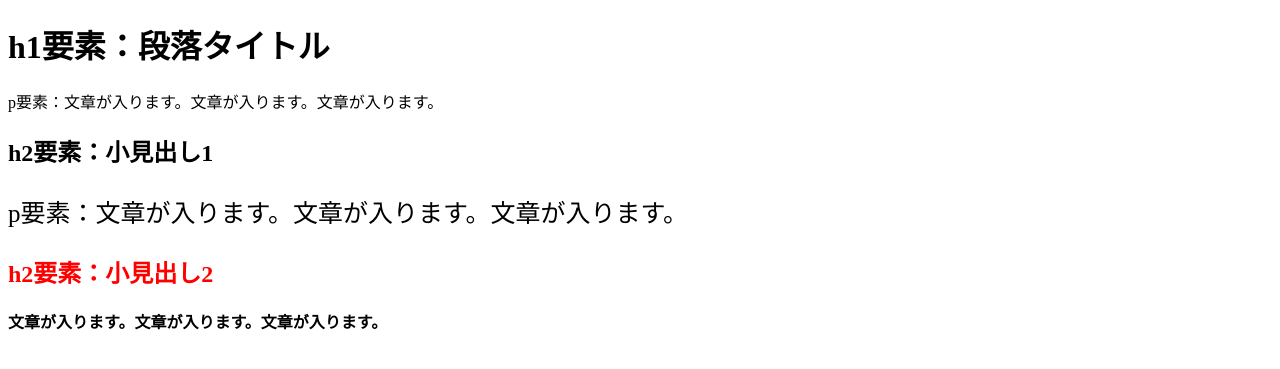
Repository: chao-21/samurai_HTML-CSS
Page: index.html
The author's editor kept a record of every edit. The page is drawn from the files as they stood at one moment, then again after the next edit.
The browser window is 1280 px wide. The pictures show the whole page.

Above is the page before.

After the next edit:
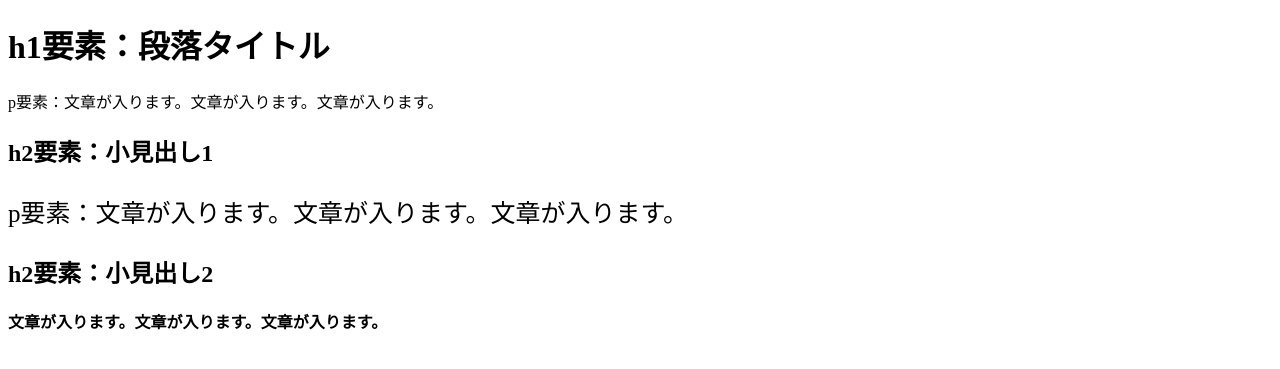
The edit:
--- a/index.html
+++ b/index.html
@@ -3,11 +3,6 @@
 <head>
   <meta charset="UTF-8">
   <title>HTML/CSSの学習</title>
-  <style>
-    #red{
-      color:red;
-    }
-  </style>
 </head>
 <body>
   <h1 class="blue">h1要素：段落タイトル</h1>
